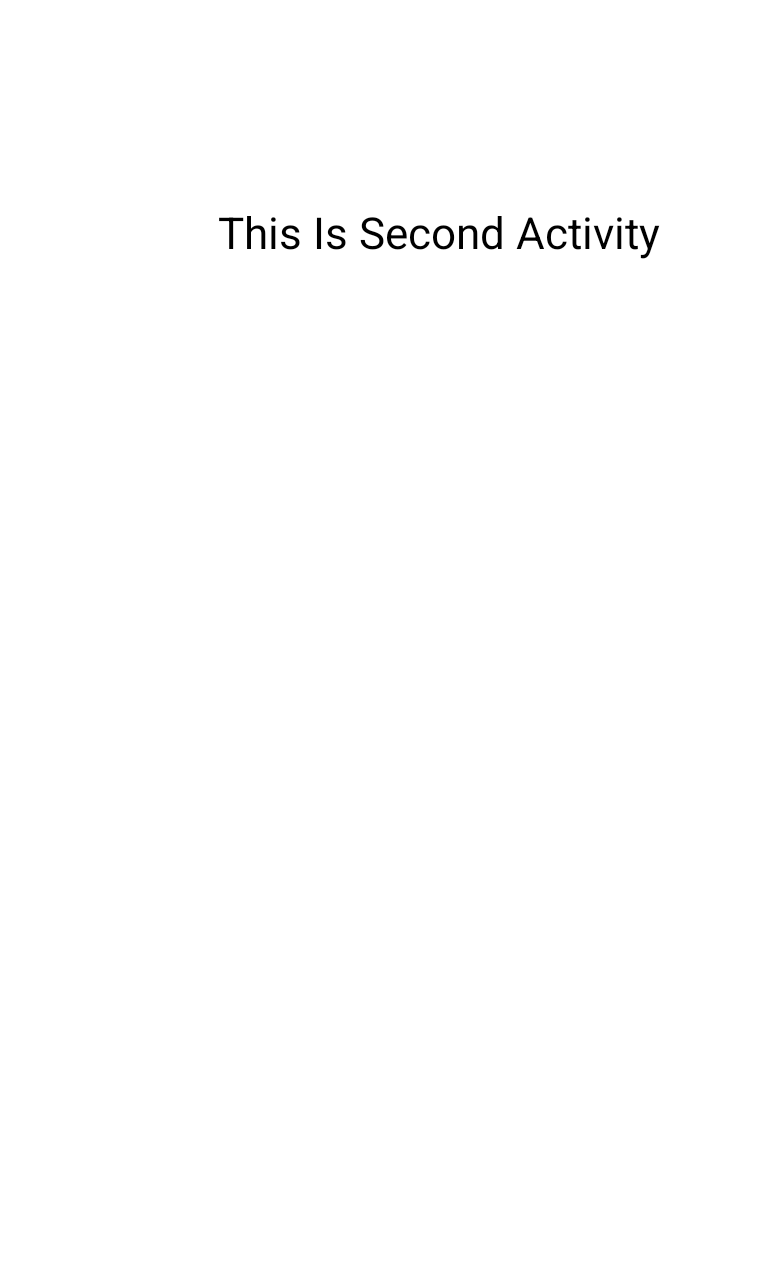
Repository: MadhuHS/OECM-1
Layout: Intents/res/layout/activity_second.xml
The author's editor kept a copy of each file at every save. The layout is drawn from the files as they stood at one save, then again after the next save.
It is drawn on a 768 x 1280 px phone screen (xhdpi) without system bars, with theme AppTheme; the app's code is not run.

Above is the layout before, as saved 2015-09-30 14:14:26.

### Intents/res/layout/activity_second.xml
<RelativeLayout xmlns:android="http://schemas.android.com/apk/res/android"
    xmlns:tools="http://schemas.android.com/tools"
    android:layout_width="match_parent"
    android:layout_height="match_parent"
    android:paddingBottom="@dimen/activity_vertical_margin"
    android:paddingLeft="@dimen/activity_horizontal_margin"
    android:paddingRight="@dimen/activity_horizontal_margin"
    android:paddingTop="@dimen/activity_vertical_margin"
    tools:context=".SecondActivity" >

    <TextView
        android:id="@+id/textView1"
        android:layout_width="wrap_content"
        android:layout_height="wrap_content"
        android:layout_alignParentLeft="true"
        android:layout_alignParentTop="true"
        android:layout_marginLeft="93dp"
        android:layout_marginTop="85dp"
        android:text="This Is Second Activity"
        android:textAppearance="?android:attr/textAppearanceLarge" />

</RelativeLayout>

Loaded but not shown: Intents/res/values/styles.xml (common file); Intents/res/values-v11/styles.xml (common file); Intents/res/values-v14/styles.xml (common file); Intents/res/values/dimens.xml (common file)

After the next save:
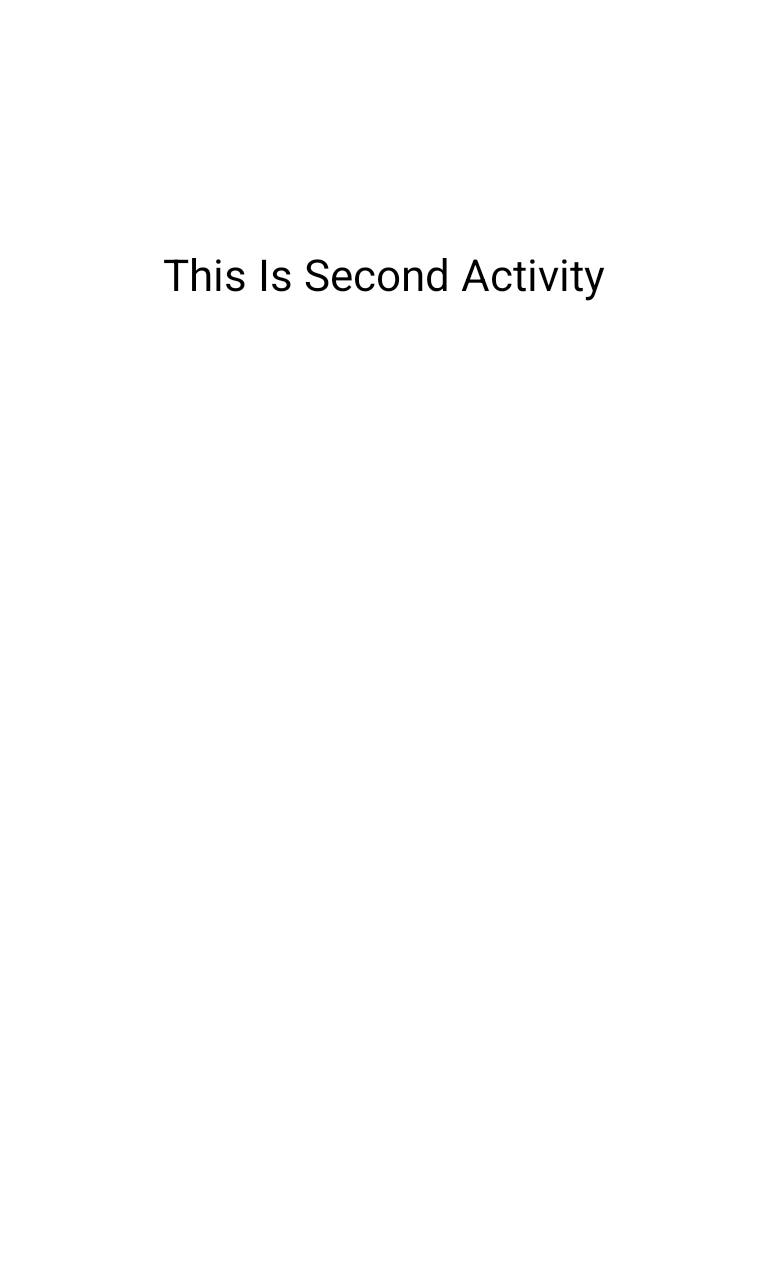
Saved 10 s later.
--- a/Intents/res/layout/activity_second.xml
+++ b/Intents/res/layout/activity_second.xml
@@ -12,10 +12,9 @@
         android:id="@+id/textView1"
         android:layout_width="wrap_content"
         android:layout_height="wrap_content"
-        android:layout_alignParentLeft="true"
         android:layout_alignParentTop="true"
-        android:layout_marginLeft="93dp"
-        android:layout_marginTop="85dp"
+        android:layout_centerHorizontal="true"
+        android:layout_marginTop="106dp"
         android:text="This Is Second Activity"
         android:textAppearance="?android:attr/textAppearanceLarge" />
 
